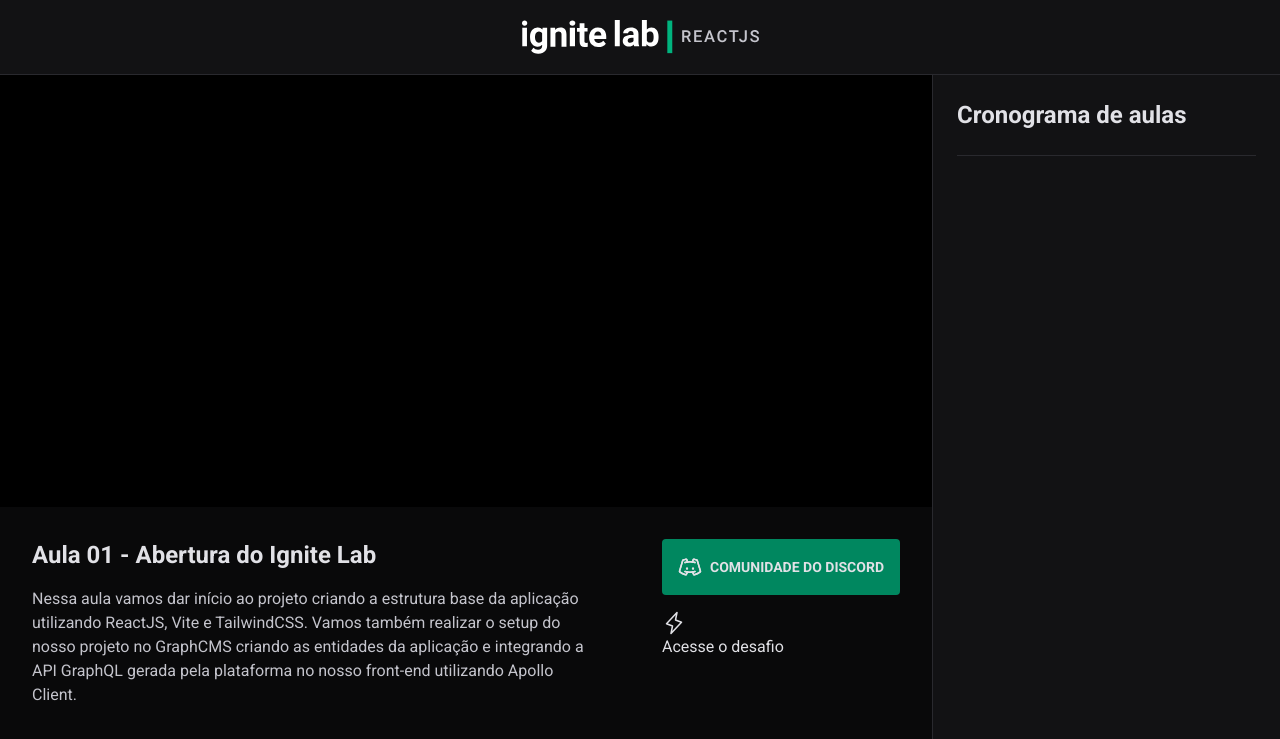
Repository: XFERRER7/Ignite-lab
Page: /
The author's editor kept a copy of each file at every save. The page is drawn from the files as they stood at one save, then again after the next save.
The browser window is 1280 px wide. The pictures show the whole page.
The page's requests for data from a server got no answer. The project was rebuilt for these pictures with package versions that can differ from the ones it lists, and the page was loaded fresh each time. No one was signed in, and anything a server would have sent is missing. Also part of the build but not shown: vite.config.ts, src/components/Lesson.tsx.

Above is the page before, as saved 2022-06-26 01:55:19.

### index.html
<!DOCTYPE html>
<html>
  <head>
    <meta charset="UTF-8" />
    <link rel="icon" type="image/svg+xml" href="/src/favicon.svg" />
    <meta name="viewport" content="width=device-width, initial-scale=1.0" />
    <title>Event Platform</title>
    <link rel="preconnect" href="https://fonts.googleapis.com">
<link rel="preconnect" href="https://fonts.gstatic.com" crossorigin>
<link href="https://fonts.googleapis.com/css2?family=Roboto:wght@400;500;700&display=swap" rel="stylesheet">
  </head>
  <body>
    <div id="root"></div>
    <script type="module" src="/src/main.tsx"></script>
  </body>
</html>

### src/main.tsx
import { ApolloProvider } from '@apollo/client'
import React from 'react'
import ReactDOM from 'react-dom/client'
import App from './App'
import { client } from './lib/apollo'
import './styles/Global.css'

ReactDOM.createRoot(document.getElementById('root')!).render(
  <React.StrictMode>
    <ApolloProvider client={client}>
    <App />
    </ApolloProvider>
  </React.StrictMode>
)

### src/App.tsx
import { Header } from "./components/Header"
import { Lesson } from "./components/Lesson"
import { SideBar } from "./components/SideBar"
import { Video } from "./components/Video"
import { Event } from "./pages/Event"

function App() {

  return (
    <div>
      <Event/>
    </div>
  )
}

export default App

### src/lib/apollo.ts
import { ApolloClient, InMemoryCache } from "@apollo/client";

export const client = new ApolloClient({
  uri: 'https://api-sa-east-1.graphcms.com/v2/cl4oe0npq21lo01xi4o5e7kb5/master',
  cache: new InMemoryCache()
})

### src/styles/Global.css
@tailwind base;
@tailwind components;
@tailwind utilities;

body {
  @apply text-gray-100 bg-gray-900;
  -webkit-font-smoothing: antialiased;
}

### src/pages/Event.tsx
import React from 'react'
import { Header } from '../components/Header'
import { SideBar } from '../components/SideBar'
import { Video } from '../components/Video'

export const Event = () => {
  return (
    <>
    <div className='flex flex-col min-h-screen'>
      <Header/>
      <main className='flex flex-1'>
      <Video/>
      <SideBar/>
      </main>
    </div>

    </>
  )
}

### src/components/Header.tsx
import React from 'react'
import { Logo } from './Logo'

export const Header = () => {
  return (
    <header className='w-full py-5 flex items-center justify-center bg-gray-700 border-b border-gray-600'>
      <Logo/>
    </header>
  )
}

### src/components/SideBar.tsx
import { gql, useQuery } from '@apollo/client'
import React from 'react'
import { Lesson } from './Lesson'


const GET_LESSONS_QUERY = gql`
  query {
    lessons(orderBy: availableAt_ASC, stage: PUBLISHED) {
      id
      slug
      title
      availableAt
      lessonType
    }
}

`

interface GetLessonsQueryResponse {
  lessons: {
    id: string
    slug:string
    title:string
    availableAt:string
    lessonType: 'live' | 'class'
  }[]
}


export const SideBar = () => {

  const {data} = useQuery<GetLessonsQueryResponse>(GET_LESSONS_QUERY)

  return (
    <aside className='w-[348px] bg-gray-700 p-6 border-l border-gray-600'>
      <span className='font-bold text-2xl pb-6 mb-6 border-b border-gray-600 block'>Cronograma de aulas</span>

      <div className='flex flex-col gap-8'>
        {
          data?.lessons.map(lesson => {
            return (
              <Lesson
              title={lesson.title}
              slug={lesson.slug}
              avaliableAt={new Date(lesson.availableAt)}
              type={lesson.lessonType}/>
            )
          })
        }

      </div>
    </aside>
  )
}

### src/components/Video.tsx
import { DiscordLogo, Lightning } from 'phosphor-react'
import React from 'react'

export const Video = () => {
  return (
    <div className="flex-1">
      <div className="bg-black flex justify-center">
        <div className='h-full w-full max-w-[1100px] max-h-[60vh] aspect-video'></div>
      </div>

      <div className='p-8 max-w-[1100px] mx-auto'>

        <div className='flex items-start gap-16'>
          <div className='flex-1'>
            <h1 className='text-2xl font-bold'>Aula 01 - Abertura do Ignite Lab</h1>
            <p className='mt-4 text-gray-200'>
              Nessa aula vamos dar início ao projeto criando a estrutura base da aplicação
              utilizando ReactJS, Vite e TailwindCSS. Vamos também realizar o setup do nosso
              projeto no GraphCMS criando as entidades da aplicação e integrando a API GraphQL
              gerada pela plataforma no nosso front-end utilizando Apollo Client.
            </p>
          </div>
          <div className='flex flex-col gap-4 '>
            <a href=""
            className='p-4 text-sm bg-green-500 flex items-center rounded font-bold uppercase
            gap-2 justify-center'>
              <DiscordLogo size={24}/>
              Comunidade do discord
            </a>
            <a href="">
              <Lightning size={24}/>
              Acesse o desafio
            </a>
          </div>
        </div>

        <div>

        </div>

      </div>

    </div>
  )

}

### src/components/Logo.tsx
import React from "react";

export function Logo() {
  return (
    <svg
      xmlns="http://www.w3.org/2000/svg"
      width="237"
      height="34"
      fill="none"
      viewBox="0 0 237 34"
    >
      <path
        fill="#fff"
        d="M.002 3.112a2.49 2.49 0 01.165-.987c.12-.314.304-.595.535-.83A2.906 2.906 0 012.615.572c.698 0 1.374.257 1.912.723.23.24.412.524.536.837a2.701 2.701 0 010 1.979 2.568 2.568 0 01-.536.837 2.889 2.889 0 01-1.907.723 2.901 2.901 0 01-1.908-.723 2.458 2.458 0 01-.538-.84 2.645 2.645 0 01-.172-.996zm4.96 23.146H.273V7.862h4.689v18.397zM8.012 16.973c0-2.853.686-5.145 2.055-6.883a6.653 6.653 0 015.528-2.606 5.869 5.869 0 014.802 2.09l.2-1.751h4.538v17.95a7.891 7.891 0 01-1.12 4.246 7.243 7.243 0 01-3.147 2.752 11.155 11.155 0 01-4.742.94c-1.378 0-2.74-.279-4.008-.812a7.08 7.08 0 01-2.946-2.11l2.208-3.02a5.905 5.905 0 004.543 2.08 4.356 4.356 0 003.104-1.059 3.938 3.938 0 001.103-2.993v-.994a5.775 5.775 0 01-4.555 1.935 6.647 6.647 0 01-3.05-.652 6.615 6.615 0 01-2.408-1.967c-1.397-1.752-2.085-4.089-2.085-6.942v-.21h-.025l.005.006zm4.997.355a6.723 6.723 0 001.026 3.956 3.233 3.233 0 002.799 1.443c.651.045 1.3-.088 1.878-.39a3.52 3.52 0 001.396-1.305v-7.825a3.448 3.448 0 00-1.374-1.305 3.504 3.504 0 00-1.86-.39 3.28 3.28 0 00-1.61.365 3.22 3.22 0 00-1.219 1.103c-.688.975-1.036 2.418-1.036 4.348zM33.098 7.833l.158 2.196a6.527 6.527 0 012.371-1.927 6.38 6.38 0 012.971-.62c1.97 0 3.438.597 4.39 1.79.953 1.194 1.456 2.936 1.486 5.293v12.249h-4.962V14.683a3.367 3.367 0 00-.684-2.344 3.086 3.086 0 00-1.069-.598 3.008 3.008 0 00-1.211-.13 3.349 3.349 0 00-1.821.454c-.553.32-1.01.794-1.313 1.367v13.37H28.45V7.845l4.647-.012zM47.512 3.112a2.304 2.304 0 01.185-.988 2.42 2.42 0 01.59-.831A3.439 3.439 0 0150.404.57c.772 0 1.52.256 2.117.723.508.486.792 1.142.792 1.826 0 .683-.284 1.34-.792 1.826a3.417 3.417 0 01-2.11.723c-.77 0-1.517-.257-2.11-.723a2.47 2.47 0 01-.594-.839 2.342 2.342 0 01-.19-.994h-.005zm5.483 23.149h-5.18V7.86h5.18v18.4zM62.454 3.334v4.612h3.107v3.677h-3.107v9.382c-.05.53.091 1.063.395 1.495a1.824 1.824 0 001.473.45c.476.002.95-.035 1.421-.114v3.803a9.672 9.672 0 01-2.939.449c-3.398 0-5.128-1.775-5.19-5.32V11.644h-2.642V7.968h2.643V3.356h4.841v-.025l-.002.003zM76.487 27.08a9.277 9.277 0 01-6.759-2.55c-1.74-1.699-2.605-3.957-2.605-6.797v-.494a11.295 11.295 0 011.098-5.08 8.141 8.141 0 013.111-3.465 8.72 8.72 0 014.59-1.22c2.577 0 4.62.815 6.098 2.449 1.478 1.633 2.226 3.94 2.226 6.929v2.055h-12.01a4.665 4.665 0 001.473 2.971 4.487 4.487 0 003.111 1.111 5.426 5.426 0 004.548-2.115l2.476 2.781a7.506 7.506 0 01-3.07 2.507 9.81 9.81 0 01-4.287.916v.002zm-.594-15.514a3.127 3.127 0 00-2.428 1.012 5.405 5.405 0 00-1.188 2.912h7.006v-.405a3.749 3.749 0 00-.908-2.608 3.252 3.252 0 00-2.45-.908h-.03l-.002-.003zM97.771 26.259h-4.957V0h4.957V26.26zM112.209 26.259c-.227-.444-.392-.997-.496-1.659-1.196 1.333-2.751 2.002-4.666 2.002-1.811 0-3.314-.523-4.504-1.572-1.191-1.049-1.786-2.372-1.786-3.966 0-1.96.725-3.464 2.179-4.513 1.453-1.049 3.553-1.58 6.3-1.59h2.273v-1.06c0-.854-.22-1.54-.659-2.051-.44-.513-1.131-.77-2.078-.77-.832 0-1.486.2-1.957.6-.474.4-.708.945-.708 1.64h-4.941c0-1.07.331-2.062.992-2.973.662-.91 1.597-1.626 2.804-2.144 1.206-.518 2.564-.778 4.069-.778 2.28 0 4.089.573 5.429 1.718 1.34 1.145 2.009 2.756 2.009 4.83v8.017c.012 1.754.256 3.082.735 3.983v.29h-4.992l-.003-.004zm-4.086-3.435c.728 0 1.402-.163 2.016-.486.614-.326 1.071-.76 1.367-1.308v-3.181h-1.846c-2.472 0-3.79.854-3.948 2.564l-.017.291c0 .614.217 1.123.649 1.523.434.4 1.026.6 1.779.6v-.003zM136.58 17.183c0 2.963-.632 5.273-1.898 6.931-1.265 1.659-3.032 2.488-5.3 2.488-2.006 0-3.608-.77-4.805-2.308l-.222 1.967h-4.444V.001h4.94v9.418c1.14-1.332 2.638-2 4.496-2 2.256 0 4.025.828 5.308 2.487 1.283 1.658 1.923 3.992 1.923 7v.274l.002.003zm-4.94-.358c0-1.868-.296-3.233-.889-4.094-.592-.861-1.475-1.29-2.65-1.29-1.572 0-2.655.643-3.247 1.932v7.299c.604 1.298 1.697 1.95 3.282 1.95 1.584 0 2.643-.788 3.146-2.36.239-.752.358-1.897.358-3.437z"
      ></path>
      <path
        fill="#C4C4CC"
        d="M164.51 17.501h-2.283v4.53h-2.048v-11.78h4.143c1.36 0 2.408.306 3.149.915.74.61 1.108 1.493 1.108 2.648 0 .787-.19 1.449-.57 1.98-.38.532-.911.94-1.59 1.226l2.646 4.906v.106h-2.194l-2.364-4.531h.003zm-2.283-1.65h2.105c.691 0 1.229-.176 1.619-.524.39-.348.582-.824.582-1.429 0-.604-.18-1.12-.538-1.466-.358-.345-.893-.523-1.606-.533h-2.162V15.85zM179.066 16.773h-4.839v3.625h5.656v1.634h-7.704V10.25h7.648v1.65h-5.6v3.253h4.839v1.62zM189.803 19.29h-4.565l-.955 2.744h-2.127l4.452-11.783h1.836l4.459 11.783h-2.137l-.963-2.744zm-3.99-1.65h3.415l-1.707-4.89-1.708 4.89zM204.716 18.197c-.119 1.256-.583 2.238-1.392 2.941-.81.703-1.885 1.056-3.228 1.056-.938 0-1.764-.222-2.48-.668-.715-.445-1.266-1.079-1.656-1.898-.387-.82-.589-1.772-.607-2.858v-1.1c0-1.11.198-2.09.59-2.937.392-.846.96-1.5 1.695-1.96.736-.458 1.587-.688 2.554-.688 1.301 0 2.347.353 3.139 1.057.792.703 1.254 1.7 1.385 2.99h-2.039c-.096-.846-.343-1.458-.74-1.833-.397-.375-.977-.563-1.745-.563-.89 0-1.574.326-2.05.977-.479.652-.721 1.605-.733 2.863v1.044c0 1.273.227 2.245.683 2.917.457.668 1.123 1.004 2.004 1.004.805 0 1.409-.18 1.814-.543.405-.363.661-.962.77-1.804h2.038l-.002.003zM216.481 11.902h-3.674v10.132h-2.031V11.902h-3.642V10.25h9.347v1.65zM222.759 10.251h2.039v8.262c0 1.127-.353 2.023-1.057 2.687-.703.664-1.633.995-2.788.995-1.229 0-2.179-.311-2.848-.93-.669-.62-1.004-1.484-1.004-2.59h2.038c0 .627.156 1.096.467 1.412.31.316.76.474 1.347.474.55 0 .989-.183 1.315-.545.326-.366.489-.867.489-1.51V10.25h.002zM234.952 18.999c0-.518-.183-.918-.545-1.197-.363-.279-1.022-.563-1.972-.849-.95-.286-1.705-.604-2.265-.955-1.074-.674-1.612-1.555-1.612-2.638 0-.95.388-1.732 1.163-2.347.774-.614 1.779-.922 3.015-.922.819 0 1.55.15 2.194.454a3.597 3.597 0 011.513 1.29c.367.558.55 1.177.55 1.858h-2.038c0-.614-.193-1.095-.578-1.443-.385-.348-.938-.524-1.656-.524-.668 0-1.189.144-1.557.43-.37.286-.555.686-.555 1.197 0 .432.2.792.6 1.08.399.29 1.056.57 1.974.842.918.271 1.653.582 2.208.93.556.348.963.748 1.222 1.197.259.452.387.977.387 1.582 0 .982-.375 1.762-1.127 2.342-.753.58-1.775.87-3.063.87a5.755 5.755 0 01-2.352-.473c-.715-.316-1.27-.75-1.668-1.308-.397-.555-.594-1.204-.594-1.942h2.048c0 .669.222 1.187.664 1.555.441.367 1.075.55 1.902.55.713 0 1.246-.143 1.607-.432.357-.288.538-.671.538-1.145l-.003-.002z"
      ></path>
      <path fill="#00B37E" d="M150.271 33.146h-4.958V.57h4.958v32.576z"></path>
    </svg>
  );
}

### tailwind.config.js
/** @type {import('tailwindcss').Config} */
module.exports = {
  content: [
    './src/**/*.tsx'
  ],
  theme: {
    extend: {
      fontFamily: {
        sans: 'Roboto, sans-serif'
      },
      colors: {
        green: {
          300: '#00B37E',
          500: '#00875F',
          700: '#015F43',
        },
        blue: {
          500: '#81D8F7',
        },
        orange: {
          500: '#FBA94C',
        },
        red: {
          500: '#F75A68',
        },
        gray: {
          100: '#E1E1E6',
          200: '#C4C4CC',
          300: '#8D8D99',
          500: '#323238',
          600: '#29292E',
          700: '#121214',
          900: '#09090A'
        }
      }
    },
  },
  plugins: [],
}

After the next save:
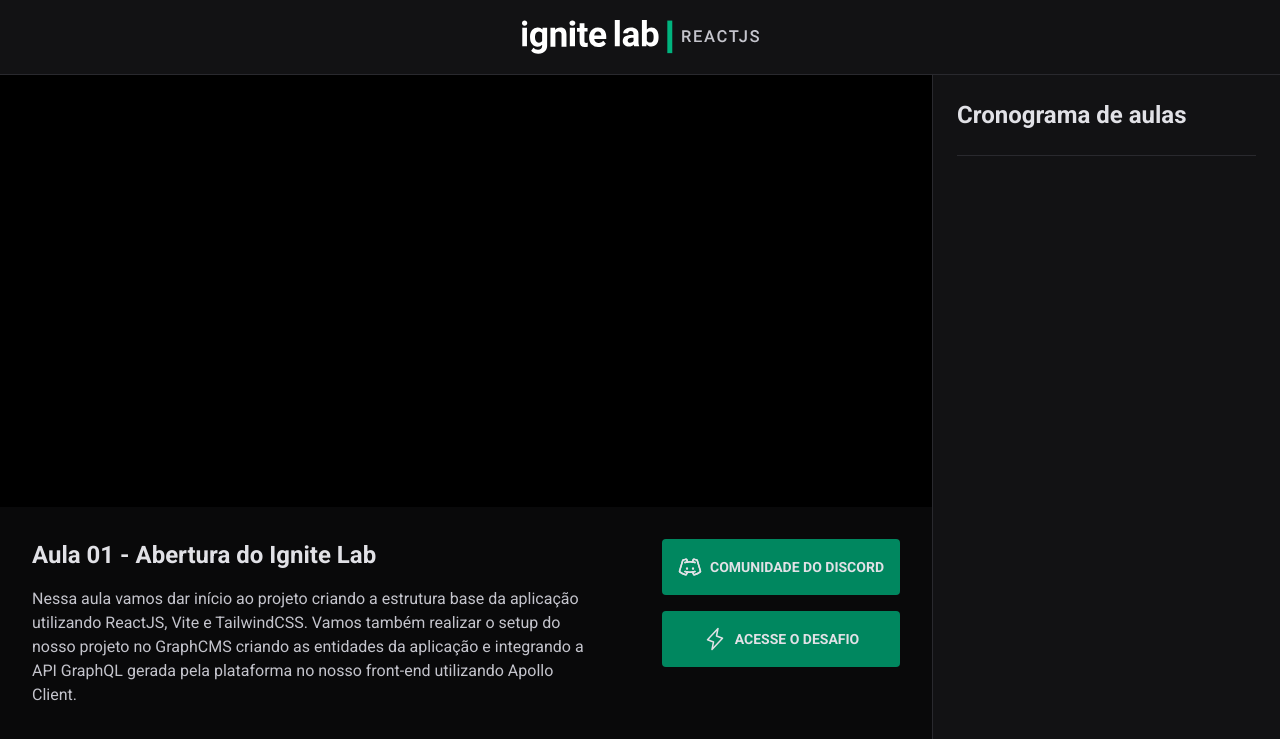
Saved 14 s later.
--- a/src/components/Video.tsx
+++ b/src/components/Video.tsx
@@ -27,7 +27,8 @@
               <DiscordLogo size={24}/>
               Comunidade do discord
             </a>
-            <a href="">
+            <a href="" className='p-4 text-sm bg-green-500 flex items-center rounded font-bold uppercase
+            gap-2 justify-center'>
               <Lightning size={24}/>
               Acesse o desafio
             </a>
